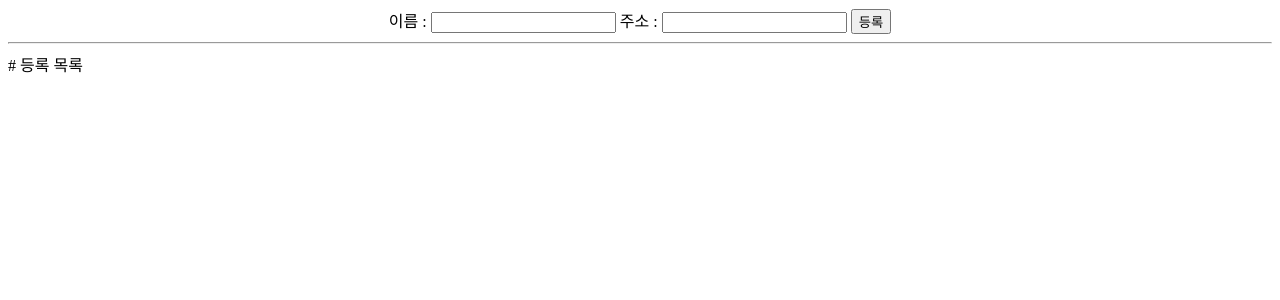
Repository: lmcoa15/Movie
Page: http://localhost/movie/db.jsp
An editor plug-in stored every save of this project. The page is shown before and after the next save, followed by the edit.
The browser window is 1280 px wide. The pictures show the whole page.
The page is served by Tomcat 9. Queries for data that is not in the repository find no rows.

Above is the page before, as saved 2015-12-05 18:51:45.

After the next save:
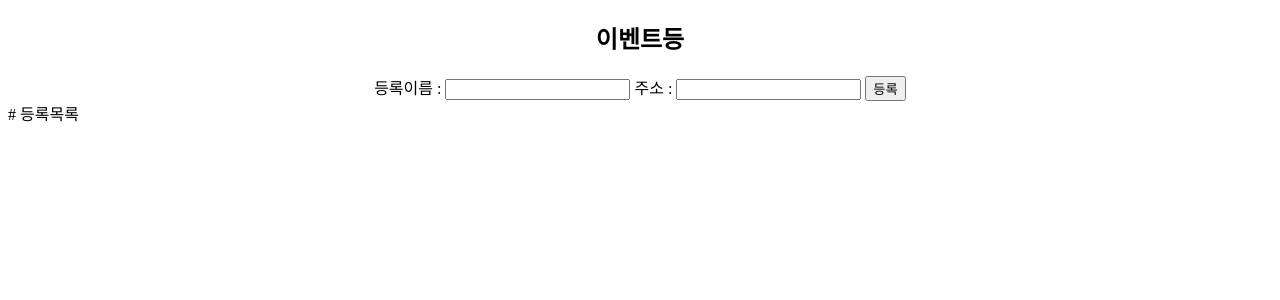
Saved 7 min 47 s later.
--- a/workspace/movie/WebContent/db.jsp
+++ b/workspace/movie/WebContent/db.jsp
@@ -1,65 +1,58 @@
-<%@ page language="java" contentType="text/html;  charset=UTF-8" import="java.sql.*"
+<%@ page language="java" contentType="text/html; charset=UTF-8" import="java.sql.*"
     pageEncoding="UTF-8"%>
 <!DOCTYPE html PUBLIC "-//W3C//DTD HTML 4.01 Transitional//EN" "http://www.w3.org/TR/html4/loose.dtd">
+<meta http-equiv="Content-Type" content="text/html; charset=UTF-8">
+<% request.setCharacterEncoding("utf-8"); %>
 
-<% request.setCharacterEncoding("utf-8"); %>
-<% Connection conn=null;
-	PreparedStatement pstmt=null;
+<%
+	//데이터베이스 연결관련 변수 선언
+	Connection conn = null;
+	PreparedStatement pstmt = null;
+
+	//데이터베이스 연결 관련 정보를 문자열로 선언
 	String jdbc_driver="com.mysql.jdbc.Driver";
 	String jdbc_url="jdbc:mysql://localhost/jspdb";
 
 	try{
-	Class.forName(jdbc_driver);
-	conn=DriverManager.getConnection(jdbc_url,"root","wjqthr12");
-	String sql= "insert into db_test values(?,?)";
-	pstmt=conn.prepareStatement(sql);
-	pstmt.setString(1,request.getParameter("username"));
-	pstmt.setString(2,request.getParameter("email"));
+		//jdbc 드라이버 로드
+		Class.forName("com.mysql.jdbc.Driver");
 
-	if(request.getParameter("username")!=null){
-		pstmt.executeUpdate();
-			}
+		//데이터베이스 연결정보를 이용해 Connection 인스턴스 확보
+		conn = DriverManager.getConnection(jdbc_url,"root", "wjqthr12");
+
+		//connection 클래스의 인스턴스로부터 sql문 작성을 위한 statement 준비
+		String sql = "insert into db_test values(?,?)";
+		pstmt = conn.prepareStatement(sql);
+		pstmt.setString(1, request.getParameter("username"));
+		pstmt.setString(2, request.getParameter("email"));
+
+		//username 값을 입력한 경우 sql문을 수행
+		if(request.getParameter("username") != null){
+			pstmt.executeUpdate();
 		}
+	}
 	catch(Exception e){
 		System.out.println(e);
 	}
 %>
 
+
 <html>
 <head>
-<meta http-equiv="Content-Type" content="text/html; charset=UTF-8">
+
 <title>Insert title here</title>
 </head>
 <body>
 <center>
-<form name=form1 method=post action=db.jsp>
-이름 : <input type=text name=username>
-주소 : <input type=text name=email size=20>
-<input type=submit value="등록">
-</form>
-<hr>
+	<h2>이벤트등</h2>
+
+	<form name = form1 method = post>
+	등록이름 : <input type=text name="username">
+	주소 : <input type=text name=email size=20>
+	<input type=submit value="등록">
+	</form>
 </center>
-# 등록 목록<p>
-<%
-	try{
-		String sql="select username,email from db_test";
-		pstmt=conn.prepareStatement(sql);
-
-		ResultSet rs=pstmt.executeQuery();
-		int i=1;
-
-		while(rs.next()){
-			out.println(i+" : " +rs.getString(1)+","+rs.getString("email")+"<br>");
-			i++;
-		}
-			rs.close();
-			pstmt.close();
-			conn.close();
-		}
-		catch(Exception e){
-		System.out.println(e);
-		}
-	%>
+# 등록목록<p>
 
 </body>
 </html>
